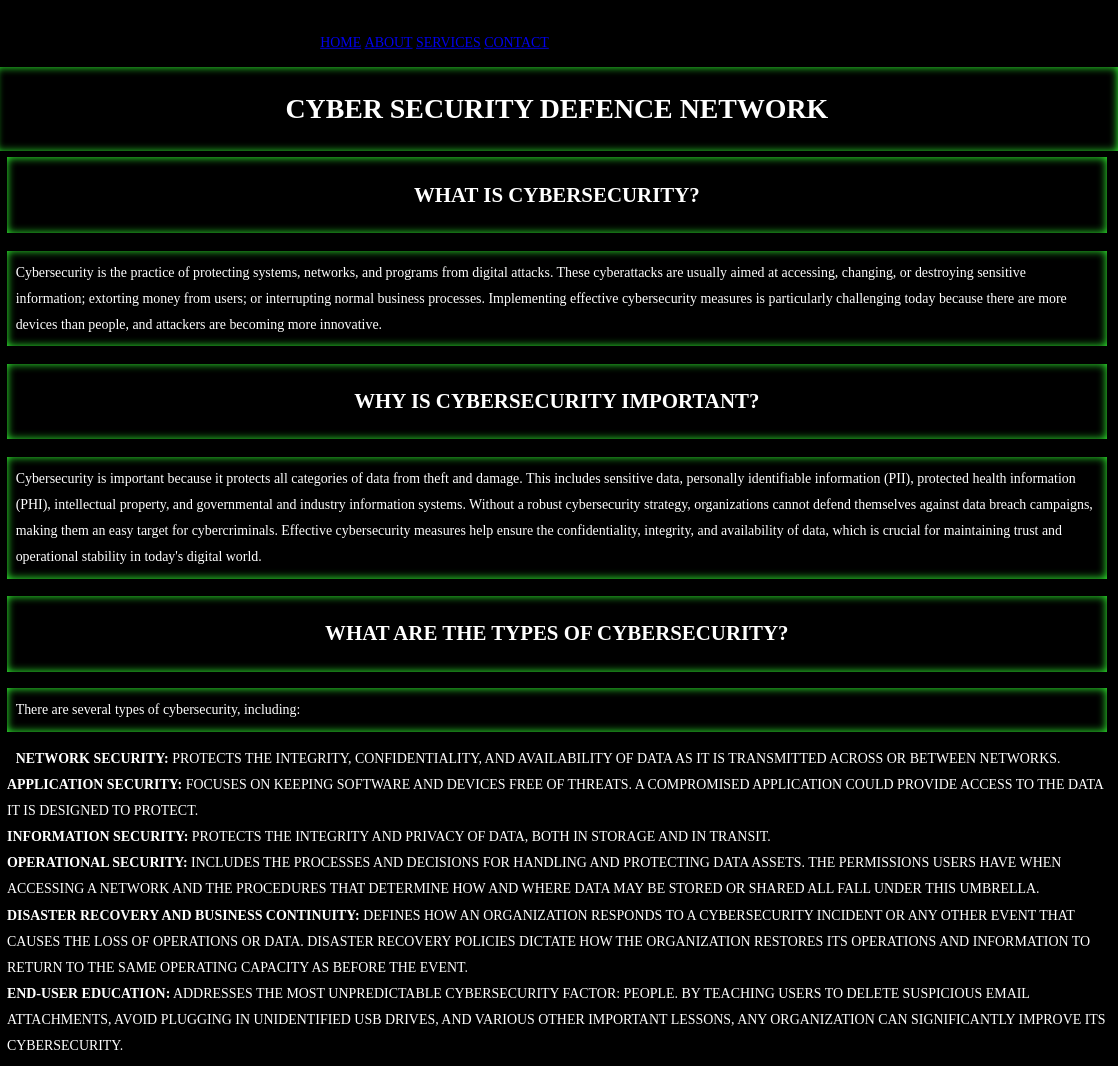
Repository: newworldhost/nwh
Page: index.html
An editor plug-in stored every save of this project. The page is shown before and after a run of saves, followed by the edit.
The browser window is 1280 px wide. The page is 1285 px wide, so the pictures cover 1285 px, including what lies to the right of the window. The pictures show the whole page, at 87% of full size.

Above is the page before, as saved 2025-03-04 15:53:27.

### index.html
<!DOCTYPE html>
<html lang="en">
<head>
    <meta charset="UTF-8">
    <meta name="viewport" content="width=device-width, initial-scale=1.0">
    <meta name="author" content="cyber security defence network">
    <meta name="description" content="cyber security defence network">
    <meta name="keywords" content="cyber security defence network">
    <link rel="stylesheet" href="style.css">
    <title>cyber security defence network</title>
</head>
<body>
    <header>
        <nav>
            <ul>
                <li><a href="index.html">Home</a></li>
                <li><a href="about.html">About</a></li>
                <li><a href="services.html">Services</a></li>
                <li><a href="contact.html">Contact</a></li>
            </ul>
        </nav>
    <h1>cyber security defence network</h1>

    <h2>What is cybersecurity?</h2>
    <p>Cybersecurity is the practice of protecting systems, networks, and programs from digital attacks. These cyberattacks are usually aimed at accessing, changing, or destroying sensitive information; extorting money from users; or interrupting normal business processes. Implementing effective cybersecurity measures is particularly challenging today because there are more devices than people, and attackers are becoming more innovative.</p>
    <h2>Why is cybersecurity important?</h2>
    <p>Cybersecurity is important because it protects all categories of data from theft and damage. This includes sensitive data, personally identifiable information (PII), protected health information (PHI), intellectual property, and governmental and industry information systems. Without a robust cybersecurity strategy, organizations cannot defend themselves against data breach campaigns, making them an easy target for cybercriminals. Effective cybersecurity measures help ensure the confidentiality, integrity, and availability of data, which is crucial for maintaining trust and operational stability in today's digital world.</p>
    <h2>What are the types of cybersecurity?</h2>
    <p>There are several types of cybersecurity, including:</p>
    <ul>
        <li><strong>Network Security:</strong> Protects the integrity, confidentiality, and availability of data as it is transmitted across or between networks.</li>
        <li><strong>Application Security:</strong> Focuses on keeping software and devices free of threats. A compromised application could provide access to the data it is designed to protect.</li>
        <li><strong>Information Security:</strong> Protects the integrity and privacy of data, both in storage and in transit.</li>
        <li><strong>Operational Security:</strong> Includes the processes and decisions for handling and protecting data assets. The permissions users have when accessing a network and the procedures that determine how and where data may be stored or shared all fall under this umbrella.</li>
        <li><strong>Disaster Recovery and Business Continuity:</strong> Defines how an organization responds to a cybersecurity incident or any other event that causes the loss of operations or data. Disaster recovery policies dictate how the organization restores its operations and information to return to the same operating capacity as before the event.</li>
        <li><strong>End-user Education:</strong> Addresses the most unpredictable cybersecurity factor: people. By teaching users to delete suspicious email attachments, avoid plugging in unidentified USB drives, and various other important lessons, any organization can significantly improve its cybersecurity.</li>
    </ul>
</body>
</html>

### style.css
h1 {
    text-align: center;
    background-color: black;
    color: white;
    padding: 30px;
    text-transform: uppercase;
    box-shadow: inset 0 0 10px #33ff33;
    margin: -13px;
}
h2 {
    text-align: center;
    background-color: black;
    color: white;
    padding: 30px;
    text-transform: uppercase;
    box-shadow: inset 0 0 10px #33ff33;
}
p {
    background-color: black;
    color: white;
    padding: 10px;
    box-shadow: inset 0 0 10px #33ff33;
    line-height: 30px;
    list-style-type: none;
}
body {
    background-color: black;
}
/* navigation */
ul {
    background-color: black;
    color: white;
    padding: 10px;
    line-height: 30px;
    list-style-type: none;
    display: inline;
}
nav {
    background-color: black;
    color: white;
    display: flex;
    margin: 0 350px 0 350px;
}
li {
    display:inline-block;
    text-transform: uppercase;

}

After the next 3 saves:
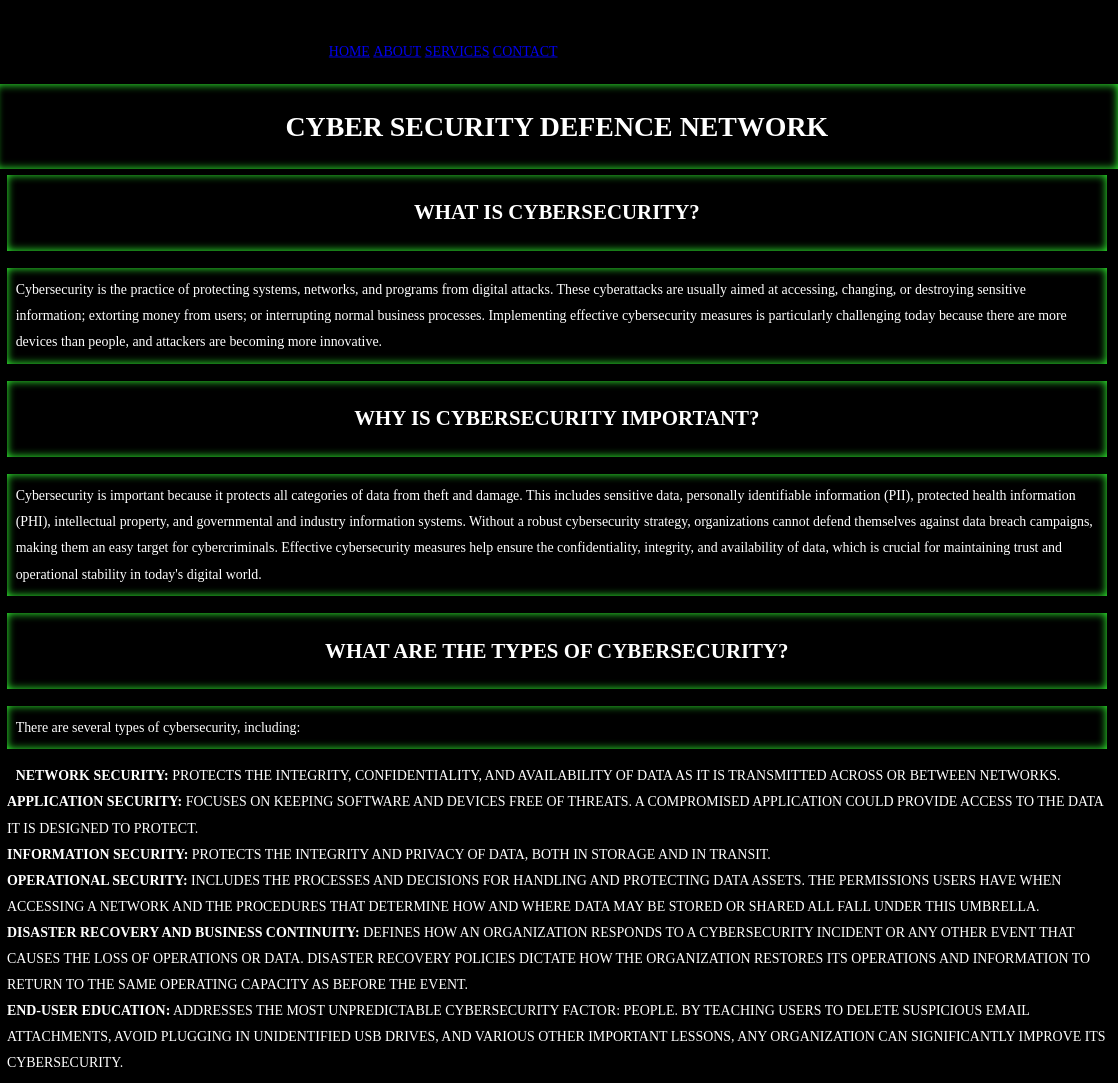
The 3 saves are shown as one change because they came seconds apart.
The last was saved 22 s later.
--- a/style.css
+++ b/style.css
@@ -39,7 +39,8 @@ nav {
     background-color: black;
     color: white;
     display: flex;
-    margin: 0 350px 0 350px;
+    margin: 0 350px 0 350px; /* align the navbar in the center */
+    padding: 10px;
 }
 li {
     display:inline-block;
